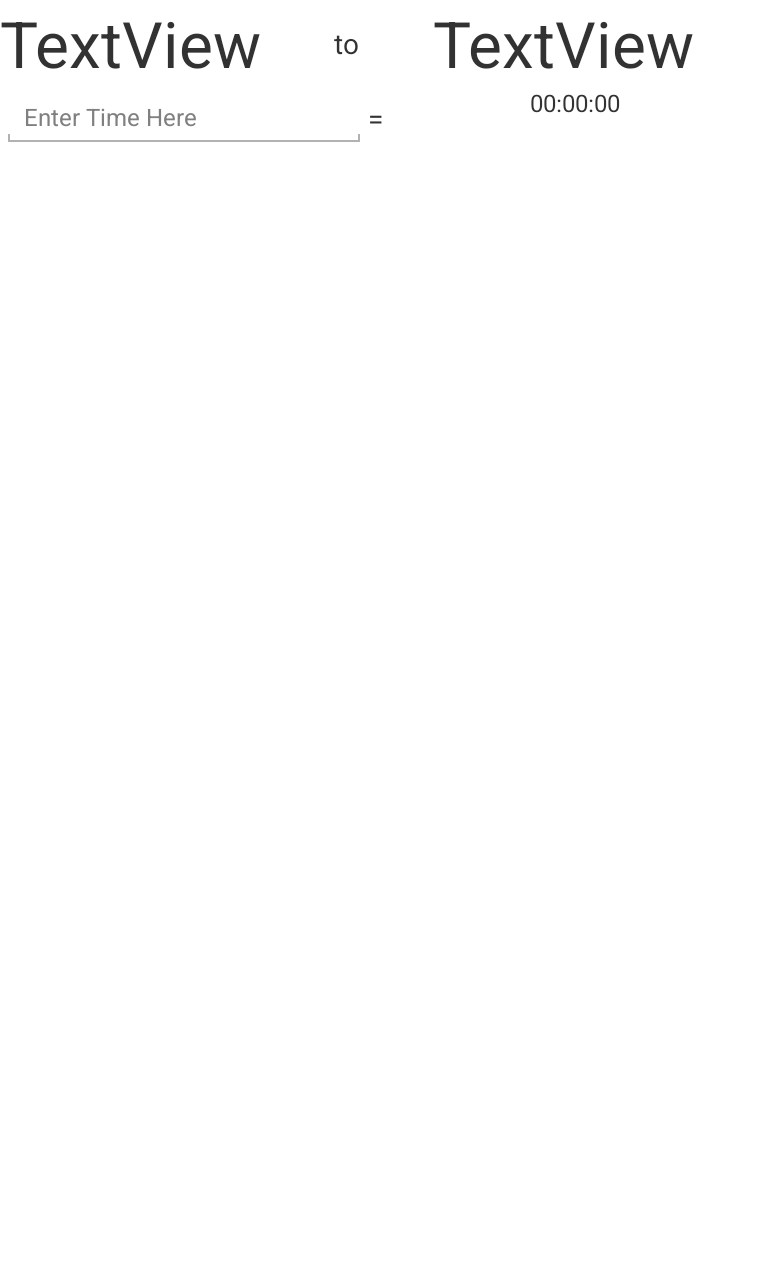
Repository: downinew/AndroidCoachesRaceTimer
Layout: CoachesRaceTimer/res/layout/convert_dialog.xml
An editor plug-in stored every save of this project. The layout is shown before and after the next save, followed by the edit.
It is drawn on a 768 x 1280 px phone screen (xhdpi) without system bars, with theme AppTheme; the app's code is not run.

Above is the layout before, as saved 2015-02-19 02:21:56.

### CoachesRaceTimer/res/layout/convert_dialog.xml
<?xml version="1.0" encoding="utf-8"?>
<LinearLayout xmlns:android="http://schemas.android.com/apk/res/android"
    android:layout_width="match_parent"
    android:layout_height="match_parent"
    android:orientation="vertical" >

    <LinearLayout
        android:layout_width="match_parent"
        android:layout_height="wrap_content"
        android:orientation="horizontal">

        <TextView
            android:id="@+id/convertItem1"
            android:layout_width="wrap_content"
            android:layout_gravity="start"
            android:layout_weight="1"
            android:textSize="32sp"
            android:layout_height="wrap_content"
            android:text="TextView" />

        <TextView
            android:id="@+id/toText"
            android:layout_width="wrap_content"
            android:layout_weight="1"
            android:layout_gravity="center"
            android:layout_height="wrap_content"
            android:text="to" />

        <TextView
            android:id="@+id/convertItem2"
            android:layout_width="wrap_content"
            android:layout_gravity="end"
            android:layout_weight="1"
            android:textSize="32sp"
            android:layout_height="wrap_content"
            android:text="TextView" />

    </LinearLayout>
    <LinearLayout
        android:layout_width="match_parent"
        android:layout_height="wrap_content"
        android:orientation="horizontal">

        <EditText
            android:id="@+id/convertTime1"
            android:layout_width="wrap_content"
            android:layout_gravity="start"
            android:layout_weight="1"
            android:textSize="12sp"
            android:layout_height="wrap_content"
            android:hint="Enter Time Here" />

        <TextView
            android:id="@+id/equalText"
            android:layout_width="wrap_content"
            android:layout_weight="1"
            android:layout_gravity="center"
            android:layout_height="wrap_content"
            android:text="=" />

        <TextView
            android:id="@+id/convertTime2"
            android:layout_width="wrap_content"
            android:layout_gravity="end"
            android:layout_weight="1"
            android:textSize="12sp"
            android:layout_height="wrap_content"
            android:text="00:00:00" />

    </LinearLayout>




</LinearLayout>

Loaded but not shown: CoachesRaceTimer/res/values/styles.xml (common file); CoachesRaceTimer/res/values-v11/styles.xml (common file); CoachesRaceTimer/res/values-v14/styles.xml (common file)

After the next save:
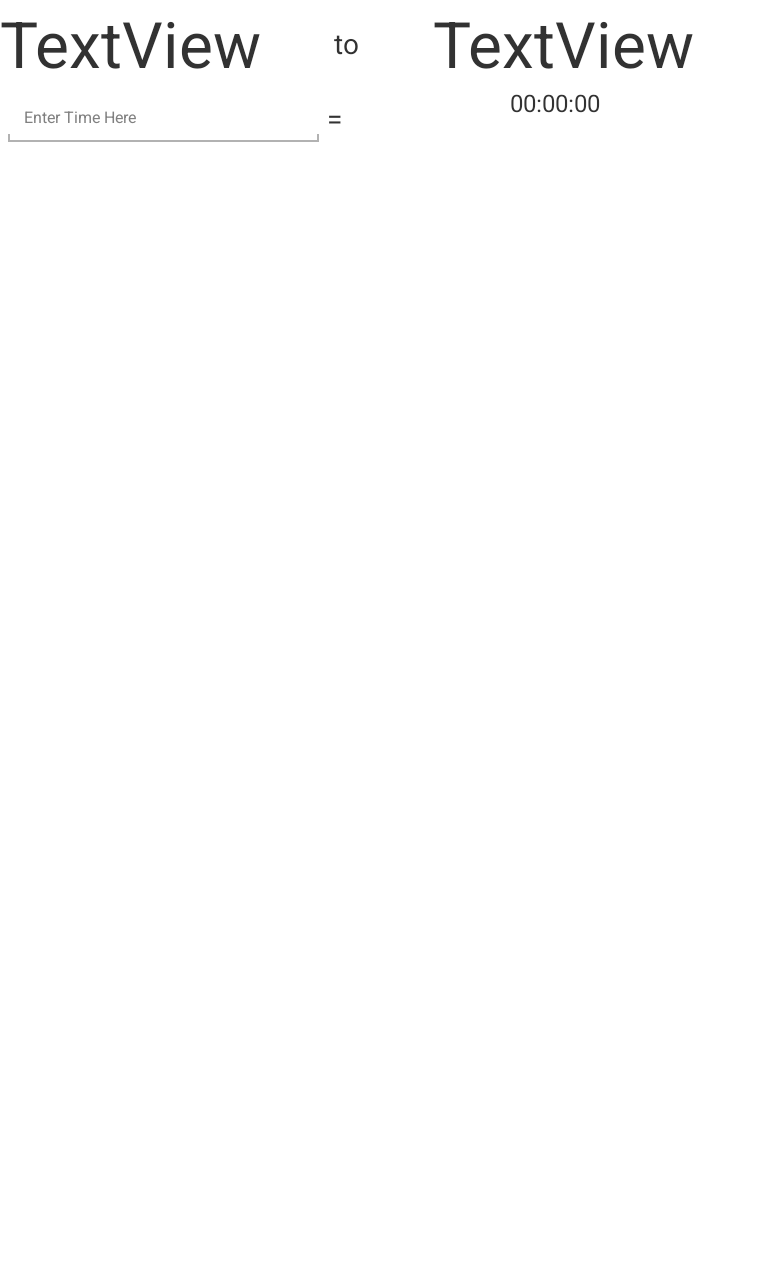
Saved 17 s later.
--- a/CoachesRaceTimer/res/layout/convert_dialog.xml
+++ b/CoachesRaceTimer/res/layout/convert_dialog.xml
@@ -46,7 +46,7 @@
             android:layout_width="wrap_content"
             android:layout_gravity="start"
             android:layout_weight="1"
-            android:textSize="12sp"
+            android:textSize="8sp"
             android:layout_height="wrap_content"
             android:hint="Enter Time Here" />
 
